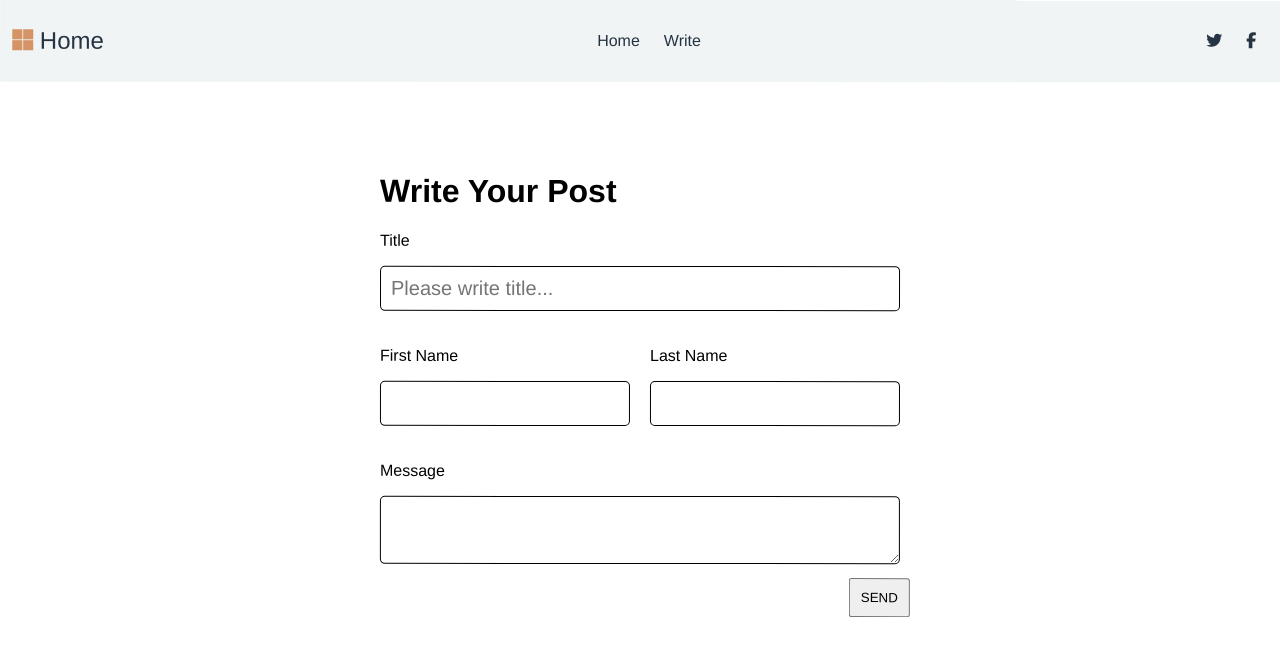
Repository: hhw12409/pracite-node.js
Page: http://localhost/write
These files come from the project's save history. The page is drawn as it stood at one moment and after the next save; the edit follows.
The browser window is 1280 px wide. The pictures show the whole page.
Some web fonts or font styles are not loaded; a fallback is used. Some web libraries are served in a nearby version. The page is served by the project's Node server (server.js).

Above is the page before, as saved 2022-05-03 01:13:58.

### views/write.ejs
<!DOCTYPE html>
<html>
<head>
  <meta charset="UTF-8">
  <meta http-equiv="X-UA-Compatible" content="IE=edge">
  <meta name="viewport" content="width=device-width, initial-scale=1.0">
  <link rel="stylesheet" href="/css/styles.css">
  <title>node.js practice</title>
</head>
<body>
  <%- include('nav.html')%>
  <div class="form-background">
    <div class="form-white">
      <form action="">
        <div class="w-100">
          <h1>Write Your Post</h1>
          <p>Title</p>
          <input type="email" class="form-input" placeholder="Please write title...">
        </div>

        <div class="w-50">
          <p>First Name</p>
          <input type="text" class="form-input">
        </div>

        <div class="w-50">
          <p>Last Name</p>
          <input type="text" class="form-input">
        </div>

        <div style="clear: both; float: none;"></div>

        <div class="w-100">
          <p>Message</p>
          <textarea class="form-input">
          </textarea>
        </div>
        <div>
          <button class="send-btn">SEND</button>
        </div>

      </form>
    </div>
  </div>
</body>
</html>

### views/nav.html
<!DOCTYPE html>
<html>
<head>
    <meta charset="UTF-8">
    <meta http-equiv="X-UA-Compatible" content="IE=edge">
    <meta name="viewport" content="width=device-width, initial-scale=1.0">
    <link rel="stylesheet" href="/css/styles.css">
    <link rel="preconnect" href="https://fonts.googleapis.com">
    <link rel="preconnect" href="https://fonts.gstatic.com" crossorigin>
    <title>Nav bar</title>
    <script
    src="https://kit.fontawesome.com/6478f529f2.js"
    crossorigin="anonymous">
    </script>
    <script src="/js/main.js" defer></script>
</head>
<body>
    <nav class="navbar">
        <div class="navbar__logo">
            <i class="fab fa-microsoft"></i>
            <a href="/">Home</a>
        </div>

        <ul class="navbar__menu">
            <li><a href="/">Home</a></li>
            <li><a href="/write">Write</a></li>
            <!-- <li><a href="">Weddings</a></li>
            <li><a href="">FAQ</a></li>
            <li><a href="">Bookings</a></li> -->
        </ul>

        <ul class="navbar__icons">
            <li><i class="fab fa-twitter"></i></li>
            <li><i class="fab fa-facebook-f"></i></li>
        </ul>

        <a href="#" class="navbar__togleBtn">
            <i class="fas fa-bars"></i>
        </a>
    </nav>
</body>
</html>

### server.js
const express = require('express');
const app = express();
require('dotenv').config()

const MongoClient = require('mongodb').MongoClient;
let db;
MongoClient.connect(process.env.DB_URL, { useUnifiedTopology: true } ,(err, client)=> {
  if(err) return console.log(err)
  db = client.db(process.env.Collection);

  // db.collection('posts').insertOne( {이름 : 'John', _id : 100} , function(err, result){
  //     console.log(`테스트저장완료 ${result}`);
  // });

  app.listen(process.env.PORT , function(){
    console.log("listening on server");
  });
})

// css middleware연동
app.use(express.static(__dirname + '/public'));

app.set('view engine', 'ejs');

require('dotenv').config()

app.get('/', (req, res)=> {
  res.render('index.ejs', {})
})

app.get('/html', (req, res)=> {
  res.render('html.ejs', {})
})

app.get('/css', (req, res)=> {
  res.render('css.ejs', {})
})

app.get('/javascript', (req, res)=> {
  res.render('javascript.ejs', {})
})

app.get('/write', (req, res)=> {
  res.render('write.ejs', {})
})

### public/css/styles.css
@import url("https://fonts.googleapis.com/css2?family=Source+Sans+Pro&display=swap");

@import "variables.css";

/* Components */
@import "components/nav-bar.css";

/* Screens */
@import "screens/write.css";

body{
  margin: 0;
  font-family: 'Source Sans Pro', sans-serif;
  transform: rotate(0.03deg);
}

a {
  text-decoration: none;
  color:var(--text-color);
}

### public/js/main.js
const toggleBtn = document.querySelector('.navbar__togleBtn');
const menu = document.querySelector('.navbar__menu');
const icons = document.querySelector('.navbar__icons');

toggleBtn.addEventListener('click', ()=> {
    menu.classList.toggle('active');
    icons.classList.toggle('active');
});

### public/css/variables.css
:root {
  --text-color: #263343;
  --background-color: #f0f4f5 ;
  --accent-color: #d49466;
}

### public/css/components/nav-bar.css
.navbar {
  display: flex;
  justify-content: space-between;
  align-items: center;
  background-color: var(--background-color);
  padding: 8px 12px;
}

.navbar__logo {
  font-size: 24px;
  color: var(--text-color);
}

.navbar__logo i {
  color: var(--accent-color);
}

.navbar__menu {
  display: flex;
  list-style: none;
  padding-left: 0;
}

.navbar__menu li {
  padding : 8px 12px;
}

.navbar__menu li:hover {
  background-color: var(--accent-color);
  border-radius: 4px;
}

.navbar__icons {
  list-style: none;
  color:var(--text-color);
  display: flex;
  padding-left: 0;
}

.navbar__icons li {
  padding: 8px 12px;
}

.navbar__togleBtn {
  display: none;
  position: absolute;
  right: 32px;
  font-size: 24px;
  color: var(--accent-color);
}

@media screen and (max-width: 768px) {
  .navbar {
      flex-direction: column;
      align-items: flex-start;
      padding: 8px 24px;
  }

  .navbar__menu {
      display: none;
      flex-direction: column;
      align-items: center;
      width: 100%;
  }

  .navbar__menu li {
      width:100%;
      text-align: center;
  }

  .navbar__icons {
      display: none;
      justify-content: center;
      width: 100%;
  }

  .navbar__togleBtn {
      display: block;
  }

  .navbar__menu.active,
  .navbar__icons.active {
      display: flex;
  }
}

### public/css/screens/write.css
body {
  font-family: 'nanumsquare';
  margin: 0px;
}

div, input, textarea {
  box-sizing: border-box;
}

.form-background {
  padding: 30px;
}

.form-white {
  background-color: white;
  padding: 30px;
  width: 80%;
  max-width: 600px;
  margin: auto;
}

.form-input {
  width: 100%;
  padding: 10px;
  font-size: 20px;
  border: 1px solid black;
  border-radius: 5px;
}

.w-100 {
  width: 100%;
  padding: 10px;
}

.w-50 {
  width: 50%;
  float: left;
  padding: 10px;
}

.send-btn {
  padding: 10px;
  display: block;
  margin-left: auto;
}

After the next save:
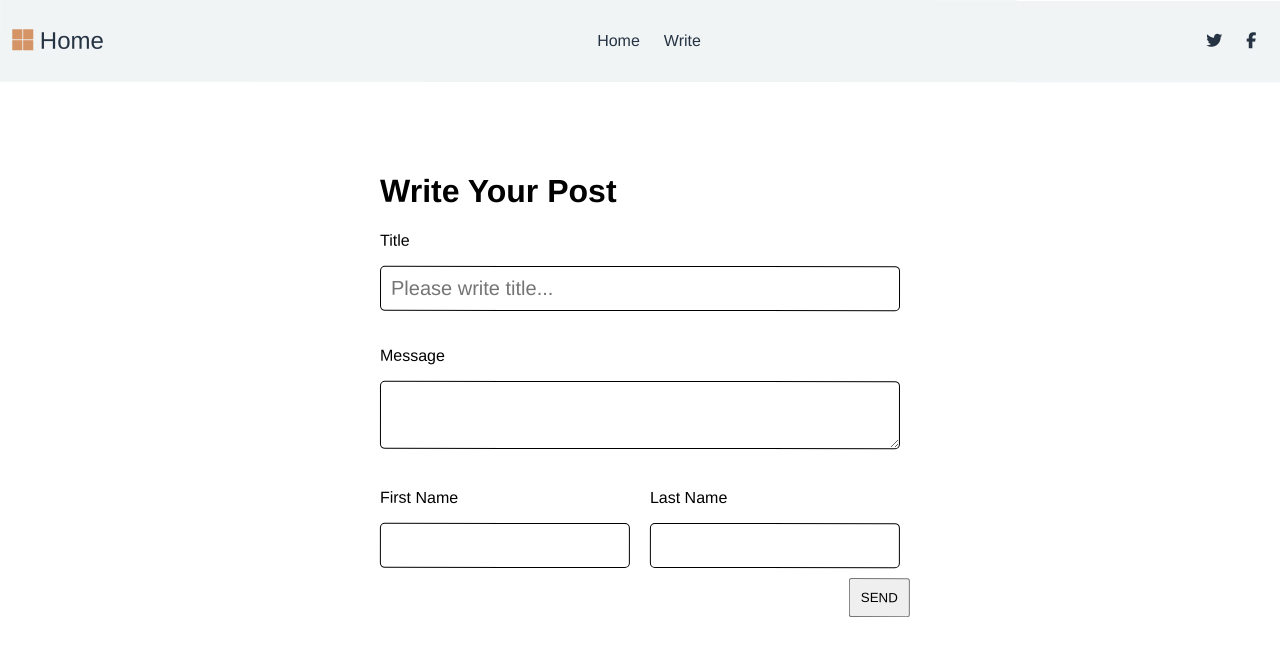
Saved 62 s later.
--- a/views/write.ejs
+++ b/views/write.ejs
@@ -18,6 +18,12 @@
           <input type="email" class="form-input" placeholder="Please write title...">
         </div>
 
+        <div class="w-100">
+          <p>Message</p>
+          <textarea class="form-input">
+          </textarea>
+        </div>
+
         <div class="w-50">
           <p>First Name</p>
           <input type="text" class="form-input">
@@ -30,11 +36,7 @@
 
         <div style="clear: both; float: none;"></div>
 
-        <div class="w-100">
-          <p>Message</p>
-          <textarea class="form-input">
-          </textarea>
-        </div>
+
         <div>
           <button class="send-btn">SEND</button>
         </div>
